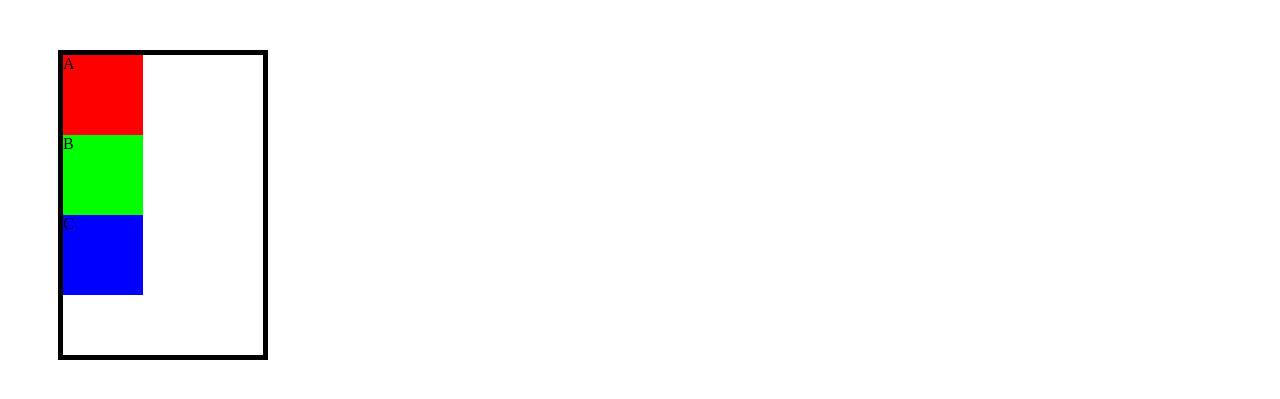
Repository: dudadab/Hhyundaiezwel_Academy
Page: CSS01/src/main/webapp/11_position.html
These files come from the project's save history. The page is drawn as it stood at one moment and after the next save; the edit follows.
The browser window is 1280 px wide. The pictures show the whole page.

Above is the page before, as saved 2025-07-02 01:12:39.

### CSS01/src/main/webapp/11_position.html
<!DOCTYPE html>
<html>
<head>
<meta charset="UTF-8">
<title>Position 속성</title>
    <style type="text/css">
    	#parent {
    		width:200px;
    		height:300px;
    		border:solid 5px #000;
    		margin:50px 0 0 50px;
    	}
		#boxA, #boxB, #boxC {
			width:80px;
			height:80px;
		}
		#boxA {background-color:#ff0000;}
		#boxB {background-color:#00ff00;}
		#boxC {background-color:#0000ff;}
	</style>
</head>

<body>
	<div id="parent">
        <div id="boxA">A</div>
        <div id="boxB">B</div>
        <div id="boxC">C</div>
	</div>
</body>
</html>

After the next save:
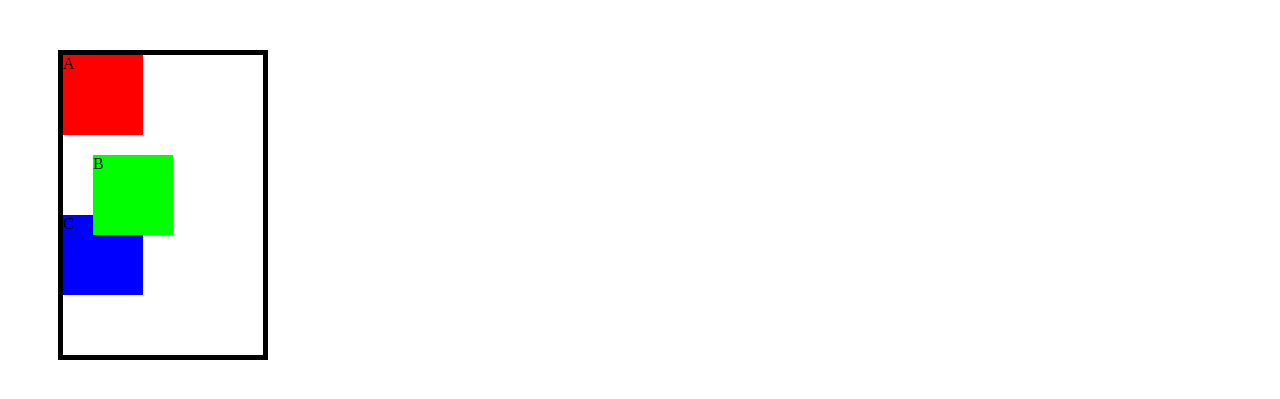
Saved 88 s later.
--- a/CSS01/src/main/webapp/11_position.html
+++ b/CSS01/src/main/webapp/11_position.html
@@ -17,6 +17,12 @@
 		#boxA {background-color:#ff0000;}
 		#boxB {background-color:#00ff00;}
 		#boxC {background-color:#0000ff;}
+
+		#boxB{
+			position:relative;
+			top:20px;
+			left:30px;
+		}
 	</style>
 </head>
 
